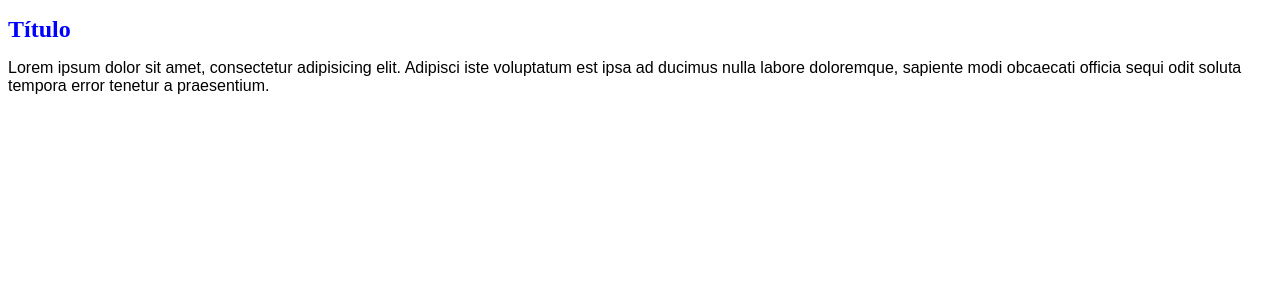
Repository: Iamjordana/html-css
Page: Html Css/Exercicios/ex018/index.html
The author's editor kept a copy of each file at every save. The page is drawn from the files as they stood at one save, then again after the next save.
The browser window is 1280 px wide. The pictures show the whole page.

Above is the page before, as saved 2025-01-28 18:04:54.

### Html Css/Exercicios/ex018/index.html
<!DOCTYPE html>
<html lang="pt-br">
<head>
    <meta charset="UTF-8">
    <meta name="viewport" content="width=device-width, initial-scale=1.0">
    <title>Fontes com Google Fonts</title>
    <style>
        body{
            font-family: Arial, Helvetica, sans-serif;
            font-size: 16px;
            color: black;
        }
        h1{
            font-family: 'Times New Roman', Times, serif;
            font-size: 24px;
            color: blue;
        }
    </style>
</head>
<body>
    <h1>Título</h1>
    <p>Lorem ipsum dolor sit amet, consectetur adipisicing elit. Adipisci iste voluptatum est ipsa ad ducimus nulla labore doloremque, sapiente modi obcaecati officia sequi odit soluta tempora error tenetur a praesentium.</p>
</body>
</html>

After the next save:
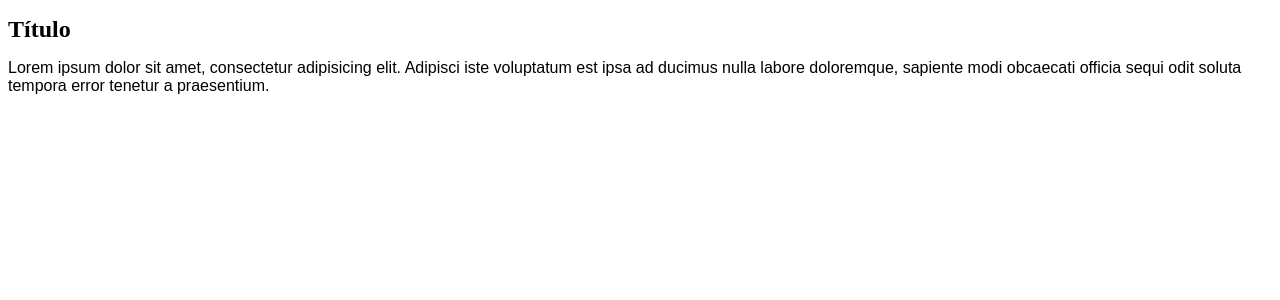
Saved 5 s later.
--- a/Html Css/Exercicios/ex018/index.html
+++ b/Html Css/Exercicios/ex018/index.html
@@ -13,7 +13,6 @@
         h1{
             font-family: 'Times New Roman', Times, serif;
             font-size: 24px;
-            color: blue;
         }
     </style>
 </head>
